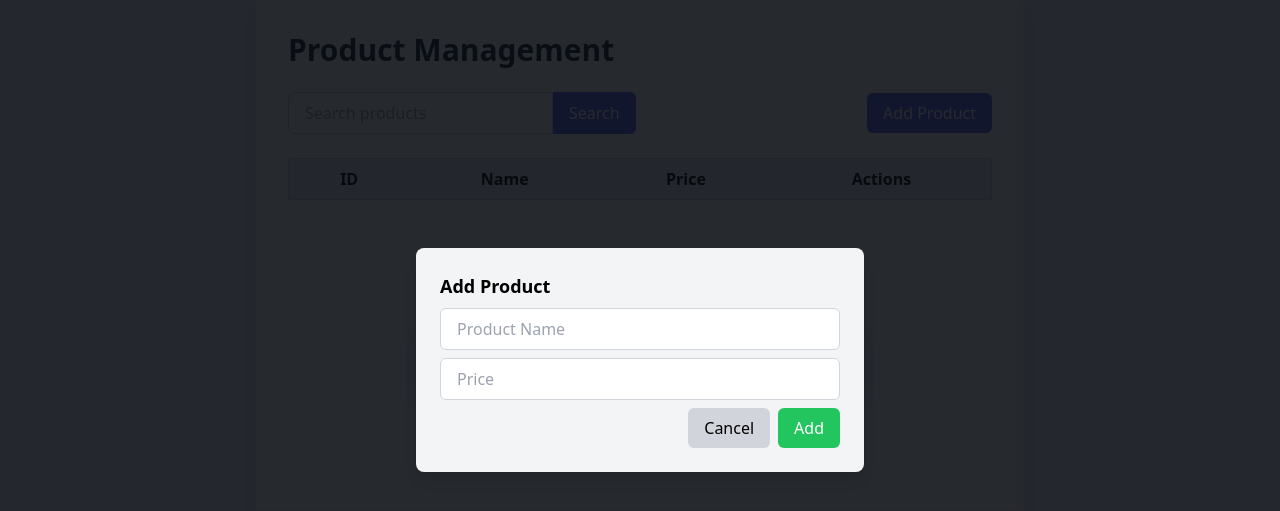
Repository: shaafsalman/product-Management-MERN
Page: /home (app in frontend/), after clicking the first element matching `button.rounded-md`
The author's editor kept a copy of each file at every save. The page is drawn from the files as they stood at one save, then again after the next save.
The browser window is 1280 px wide. The pictures show the whole page.
The page's requests for data from a server got no answer. The project was rebuilt for these pictures with package versions that can differ from the ones it lists, and the page was loaded fresh each time. No one was signed in, and anything a server would have sent is missing. Also part of the build but not shown: frontend/vite.config.js, frontend/src/Cards/mesgCard.jsx, frontend/src/Pages/Login.jsx, frontend/src/Pages/SighnUp.jsx, frontend/src/Pages/NoPage.jsx.

Above is the page before, as saved 2024-05-14 12:23:42.

### frontend/src/App.jsx
import React from 'react';
import { BrowserRouter as Router, Routes, Route, Navigate } from 'react-router-dom';
import Login from "./Pages/Login"
import Signup from "./Pages/SighnUp"
import NoPage from './Pages/NoPage';
import Home from './Pages/Home';

const App = () => {
  return (
    <div className="App">
      <Router>
        <div>
          <Routes>
            <Route path="/" element={<Login/>} />
            <Route path="/login" element={<Login />} />
            <Route path="/login" element={<Login />} />
            <Route path="/signup" element={<Signup />} />
            <Route path="/register" element={<Signup />} />
            <Route path="/home" element={<Home />} />
            <Route path="/*" element={<NoPage />} />
          </Routes>
        </div>
      </Router>
    </div>
  );
};


export default App;

### frontend/src/index.css
@tailwind base;
@tailwind components;
@tailwind utilities;


*
{
  margin: 0;
  padding: 0;
  box-sizing: border-box;
}

body,html
{
  background-color:silver
}

### frontend/src/Pages/Home.jsx
import React, { useState, useEffect } from 'react';
import axios from 'axios';
import AddProduct from './addproduct'; // Import the AddProduct component

const Home = () => {
  const [products, setProducts] = useState([]);
  const [searchTerm, setSearchTerm] = useState('');
  const [searchResults, setSearchResults] = useState([]);
  const [showAddProduct, setShowAddProduct] = useState(false);

  useEffect(() => {
    fetchProducts();
  }, []);

  const fetchProducts = async () => {
    try {
      const response = await axios.get('/products');
      setProducts(response.data || []);
    } catch (error) {
      console.error('Error fetching products:', error);
    }
  };

  const handleSearch = () => {
    const results = products.filter(product =>
      product.name.toLowerCase().includes(searchTerm.toLowerCase())
    );
    setSearchResults(results);
  };

  const showAdd = () => {
    setShowAddProduct(true);
  };

  const toggleAddProduct = () => {
    setShowAddProduct(!showAddProduct);
  };

  const handleAddProduct = (newProduct) => {
    setProducts([...products, newProduct]);
    setSearchResults([...searchResults, newProduct]);
  };
  return (
    <div className="flex justify-center  min-h-screen bg-gray-100">
      <div className="max-w-screen-md w-full bg-white shadow-lg rounded-lg p-8">
        <h2 className="text-3xl font-semibold text-gray-800 mb-6">Product Management</h2>
        <div className="flex items-center justify-between mb-6">
          <div className="flex">
            <input
              type="text"
              placeholder="Search products"
              value={searchTerm}
              onChange={(e) => setSearchTerm(e.target.value)}
              className="px-4 py-2 border border-gray-300 rounded-l-md focus:outline-none focus:border-indigo-500"
            />
            <button
              onClick={handleSearch}
              className="px-4 py-2 bg-indigo-500 text-white rounded-r-md hover:bg-indigo-600 focus:outline-none focus:bg-indigo-600"
            >
              Search
            </button>
          </div>
          <button
            onClick={toggleAddProduct}
            className="px-4 py-2 bg-indigo-500 text-white rounded-md hover:bg-indigo-600 focus:outline-none focus:bg-indigo-600"
          >
            Add Product
          </button>
        </div>
        <table className="w-full border-collapse border border-gray-300">
          <thead>
            <tr className="bg-gray-200">
              <th className="px-4 py-2">ID</th>
              <th className="px-4 py-2">Name</th>
              <th className="px-4 py-2">Price</th>
              <th className="px-4 py-2">Actions</th>
            </tr>
          </thead>
          <tbody>
            {searchResults.map(product => (
              <tr key={product.id}>
                <td className="px-4 py-2">{product.id}</td>
                <td className="px-4 py-2">{product.name}</td>
                <td className="px-4 py-2">{product.price}</td>
                <td className="px-4 py-2">
                  <button className="bg-blue-500 text-white px-2 py-1 rounded-md mr-2 hover:bg-blue-600 focus:outline-none focus:bg-blue-600">Update</button>
                  <button className="bg-red-500 text-white px-2 py-1 rounded-md hover:bg-red-600 focus:outline-none focus:bg-red-600">Delete</button>
                </td>
              </tr>
            ))}
          </tbody>
        </table>
      </div>
      {showAddProduct && (
        <div className="fixed top-0 left-0 w-full h-full bg-gray-900 bg-opacity-75 flex justify-center items-center">
          <div className="max-w-md w-full bg-white shadow-lg rounded-lg p-8">
          {showAddProduct && <AddProduct onClose={toggleAddProduct} onAdd={handleAddProduct} />}
          </div>
        </div>
      )}
    </div>
  );
};

export default Home;

### frontend/src/Pages/addproduct.jsx
import React, { useState } from 'react';
import axios from 'axios';

const AddProduct = ({ onClose, onAdd }) => {
  const [name, setName] = useState('');
  const [price, setPrice] = useState('');

  const handleSubmit = async (e) => {
    e.preventDefault();
    try {
      const response = await axios.post('/products', { name, price });
      onAdd(response.data); // Notify the parent component about the newly added product
      onClose(); // Close the AddProduct component after adding the product
    } catch (error) {
      console.error('Error adding product:', error);
    }
  };

  return (
    <div className="fixed top-0 left-0 w-full h-full flex justify-center items-center z-50 bg-black bg-opacity-50">
      <div className="max-w-md w-full p-6 bg-gray-100 rounded-lg shadow-lg">
        <h3 className="text-lg font-semibold mb-2">Add Product</h3>
        <form onSubmit={handleSubmit} className="flex flex-col">
          <input
            type="text"
            placeholder="Product Name"
            value={name}
            onChange={(e) => setName(e.target.value)}
            className="px-4 py-2 border border-gray-300 rounded-md mb-2"
            required
          />
          <input
            type="number"
            placeholder="Price"
            value={price}
            onChange={(e) => setPrice(e.target.value)}
            className="px-4 py-2 border border-gray-300 rounded-md mb-2"
            required
          />
          <div className="flex justify-end">
            <button type="button" className="mr-2 px-4 py-2 bg-gray-300 rounded-md" onClick={onClose}>Cancel</button>
            <button type="submit" className="px-4 py-2 bg-green-500 text-white rounded-md">Add</button>
          </div>
        </form>
      </div>
    </div>
  );
};

export default AddProduct;

### frontend/src/Pages/AddProduct.jsx
import React, { useState } from 'react';
import axios from 'axios';

const AddProduct = ({ onClose }) => {
  const [name, setName] = useState('');
  const [price, setPrice] = useState('');


  const handleSubmit = async (e) => {
    e.preventDefault();
    try {
        console.log("Sending request to add product");
        console.log(name + price);
         await axios.post('http://localhost:8080/api/products/add', { name, price });
        onClose();
    } catch (error) {
        console.error('Error adding product:', error);
    }
};
  return (
    <div className="fixed top-0 left-0 w-full h-full flex justify-center items-center z-50 bg-black bg-opacity-50">
      <div className="max-w-md w-full p-6  shadow-lg bg-gradient-to-br from-gray-500 to-gray-600">
        <h3 className="text-lg font-semibold mb-2 text-white text-2xl">Add Product</h3>
        <form onSubmit={handleSubmit} className="flex flex-col">
          <input
            type="text"
            placeholder="Product Name"
            value={name}
            onChange={(e) => setName(e.target.value)}
            className="px-4 py-2 border border-gray-300 rounded-md mb-2"
            required
          />
          <input
            type="number"
            placeholder="Price"
            value={price}
            onChange={(e) => setPrice(e.target.value)}
            className="px-4 py-2 border border-gray-300 rounded-md mb-2"
            required
          />
          <div className="flex justify-end">
            <button type="button" className="mr-2 px-4 py-2 bg-gray-300 rounded-md" onClick={onClose}>Cancel</button>
            <button type="submit" className="w-full bg-white text-gray-600 py-2 rounded-md font-semibold hover:bg-gray-600 hover:text-white transition duration-300">Add</button>
          </div>
        </form>
      </div>
    </div>
  );
};

export default AddProduct;

Loaded but not shown: frontend/index.html (common file); frontend/src/main.jsx (common file); frontend/tailwind.config.js (common file)

After the next save:
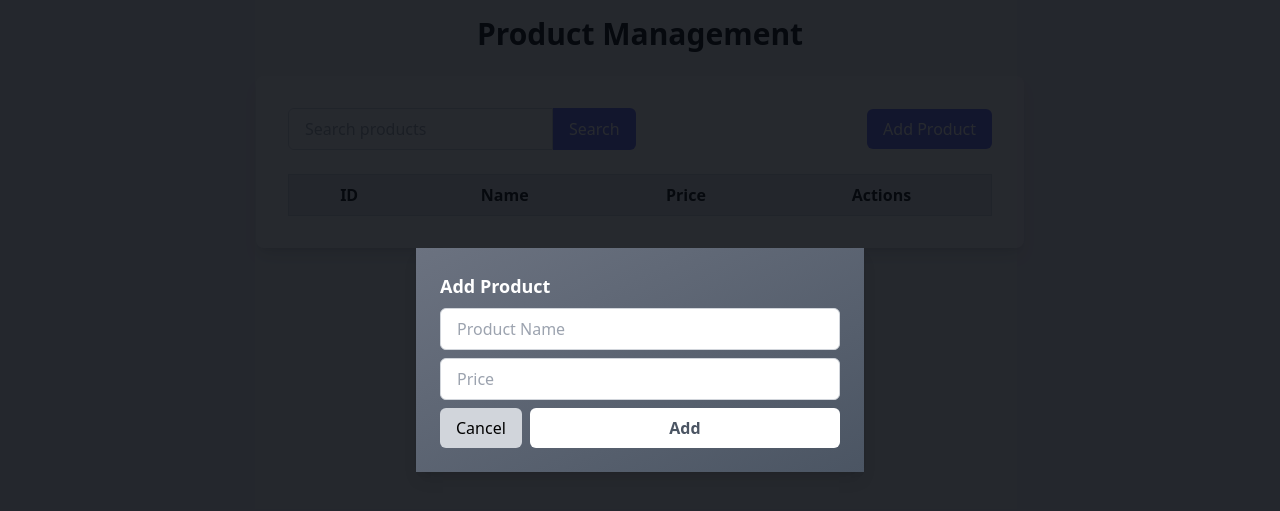
Saved 6 min 44 s later.
--- a/frontend/src/Pages/Home.jsx
+++ b/frontend/src/Pages/Home.jsx
@@ -1,6 +1,6 @@
 import React, { useState, useEffect } from 'react';
 import axios from 'axios';
-import AddProduct from './addproduct'; // Import the AddProduct component
+import AddProduct from './AddProduct'; // Import the AddProduct component
 
 const Home = () => {
   const [products, setProducts] = useState([]);
@@ -36,14 +36,45 @@ const Home = () => {
     setShowAddProduct(!showAddProduct);
   };
 
-  const handleAddProduct = (newProduct) => {
-    setProducts([...products, newProduct]);
-    setSearchResults([...searchResults, newProduct]);
+  const handleAddProduct = async (newProduct) => {
+    try {
+      const response = await axios.post('/products', newProduct);
+      setProducts([...products, response.data]);
+      setSearchResults([...searchResults, response.data]);
+      toggleAddProduct(); // Close the AddProduct modal
+    } catch (error) {
+      console.error('Error adding product:', error);
+    }
   };
+
+  const handleUpdateProduct = async (productId, updatedProduct) => {
+    try {
+      const response = await axios.put(`/products/${productId}`, updatedProduct);
+      const updatedProducts = products.map(product =>
+        product._id === productId ? response.data : product
+      );
+      setProducts(updatedProducts);
+      setSearchResults(updatedProducts);
+    } catch (error) {
+      console.error('Error updating product:', error);
+    }
+  };
+
+  const handleDeleteProduct = async (productId) => {
+    try {
+      await axios.delete(`/products/${productId}`);
+      const updatedProducts = products.filter(product => product._id !== productId);
+      setProducts(updatedProducts);
+      setSearchResults(updatedProducts);
+    } catch (error) {
+      console.error('Error deleting product:', error);
+    }
+  };
+
   return (
-    <div className="flex justify-center  min-h-screen bg-gray-100">
-      <div className="max-w-screen-md w-full bg-white shadow-lg rounded-lg p-8">
-        <h2 className="text-3xl font-semibold text-gray-800 mb-6">Product Management</h2>
+    <div className="flex flex-col items-center min-h-screen bg-gray-100 p-4">
+      <h1 className="text-3xl font-semibold mb-6">Product Management</h1>
+      <div className="w-full max-w-screen-md bg-white shadow-lg rounded-lg p-8">
         <div className="flex items-center justify-between mb-6">
           <div className="flex">
             <input
@@ -61,7 +92,7 @@ const Home = () => {
             </button>
           </div>
           <button
-            onClick={toggleAddProduct}
+            onClick={showAdd}
             className="px-4 py-2 bg-indigo-500 text-white rounded-md hover:bg-indigo-600 focus:outline-none focus:bg-indigo-600"
           >
             Add Product
@@ -78,13 +109,23 @@ const Home = () => {
           </thead>
           <tbody>
             {searchResults.map(product => (
-              <tr key={product.id}>
-                <td className="px-4 py-2">{product.id}</td>
+              <tr key={product._id}>
+                <td className="px-4 py-2">{product._id}</td>
                 <td className="px-4 py-2">{product.name}</td>
                 <td className="px-4 py-2">{product.price}</td>
                 <td className="px-4 py-2">
-                  <button className="bg-blue-500 text-white px-2 py-1 rounded-md mr-2 hover:bg-blue-600 focus:outline-none focus:bg-blue-600">Update</button>
-                  <button className="bg-red-500 text-white px-2 py-1 rounded-md hover:bg-red-600 focus:outline-none focus:bg-red-600">Delete</button>
+                  <button
+                    onClick={() => handleUpdateProduct(product._id, { name: 'Updated Name', price: 0 })} // Example: Update with a new name and price
+                    className="bg-blue-500 text-white px-2 py-1 rounded-md mr-2 hover:bg-blue-600 focus:outline-none focus:bg-blue-600"
+                  >
+                    Update
+                  </button>
+                  <button
+                    onClick={() => handleDeleteProduct(product._id)}
+                    className="bg-red-500 text-white px-2 py-1 rounded-md hover:bg-red-600 focus:outline-none focus:bg-red-600"
+                  >
+                    Delete
+                  </button>
                 </td>
               </tr>
             ))}
@@ -93,9 +134,7 @@ const Home = () => {
       </div>
       {showAddProduct && (
         <div className="fixed top-0 left-0 w-full h-full bg-gray-900 bg-opacity-75 flex justify-center items-center">
-          <div className="max-w-md w-full bg-white shadow-lg rounded-lg p-8">
-          {showAddProduct && <AddProduct onClose={toggleAddProduct} onAdd={handleAddProduct} />}
-          </div>
+          <AddProduct onClose={toggleAddProduct} onAdd={handleAddProduct} />
         </div>
       )}
     </div>
